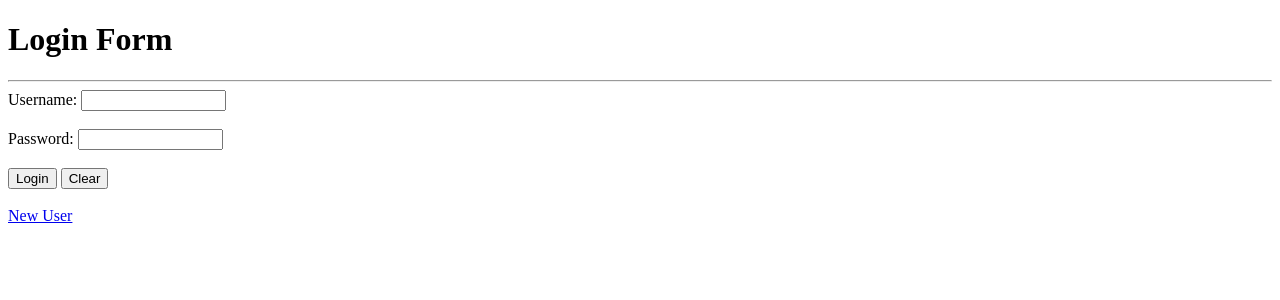
Repository: ManjulavaniSripathi/Day10
Page: LoginApp/WebContent/Login.html
The author's editor kept a copy of each file at every save. The page is drawn from the files as they stood at one save, then again after the next save.
The browser window is 1280 px wide. The pictures show the whole page.

Above is the page before, as saved 2018-09-05 12:23:19.

### LoginApp/WebContent/Login.html
<!DOCTYPE html>
<html>
<head>
<meta charset="ISO-8859-1">
<title>Login page</title>
</head>
<body>
<h1>Login Form</h1>
<hr>
<form action="login"method="post">
<label>Username:</label>
<input type="text" name="username"size="15"/>
<br></br>
<label>Password:</label>
<input type="password" name="password"size="15"/>
<br></br>
<input type="submit"value="Login"/>
<input type="reset"value="Clear"/>
<br></br>
<a href="Registration.html">New User</a>
</form>

</body>
</html>

After the next save:
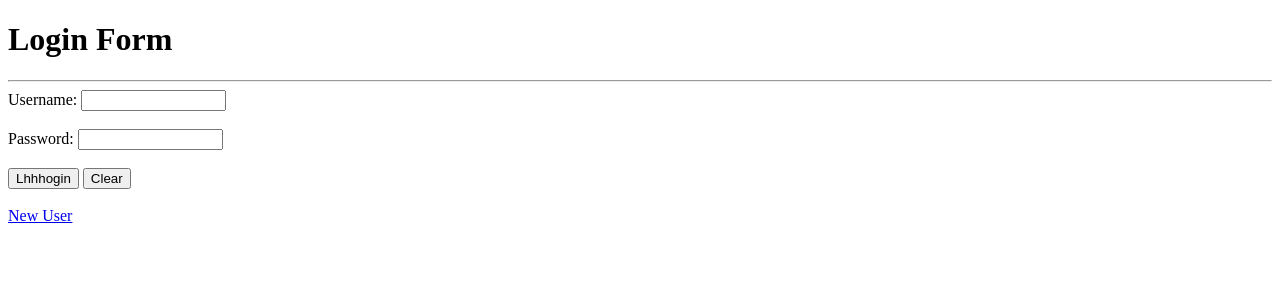
Saved 4 min 36 s later.
--- a/LoginApp/WebContent/Login.html
+++ b/LoginApp/WebContent/Login.html
@@ -14,7 +14,7 @@
 <label>Password:</label>
 <input type="password" name="password"size="15"/>
 <br></br>
-<input type="submit"value="Login"/>
+<input type="submit"value="Lhhhogin"/>
 <input type="reset"value="Clear"/>
 <br></br>
 <a href="Registration.html">New User</a>

After the save that followed:
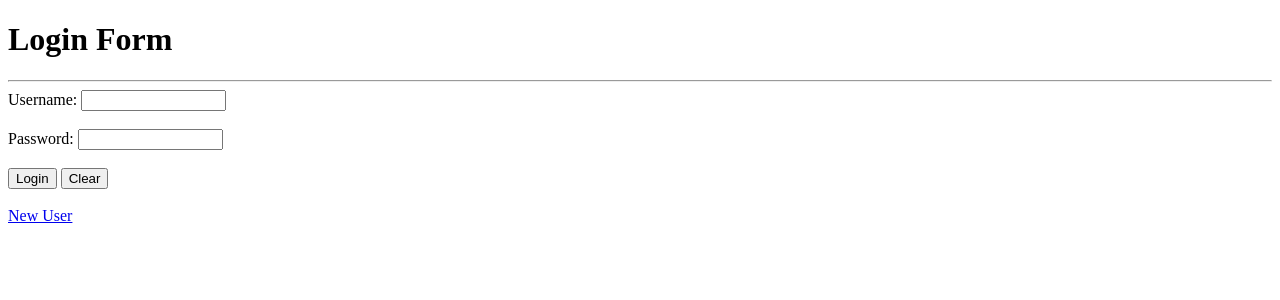
Saved 9 s later.
--- a/LoginApp/WebContent/Login.html
+++ b/LoginApp/WebContent/Login.html
@@ -14,7 +14,7 @@
 <label>Password:</label>
 <input type="password" name="password"size="15"/>
 <br></br>
-<input type="submit"value="Lhhhogin"/>
+<input type="submit"value="Login"/>
 <input type="reset"value="Clear"/>
 <br></br>
 <a href="Registration.html">New User</a>
